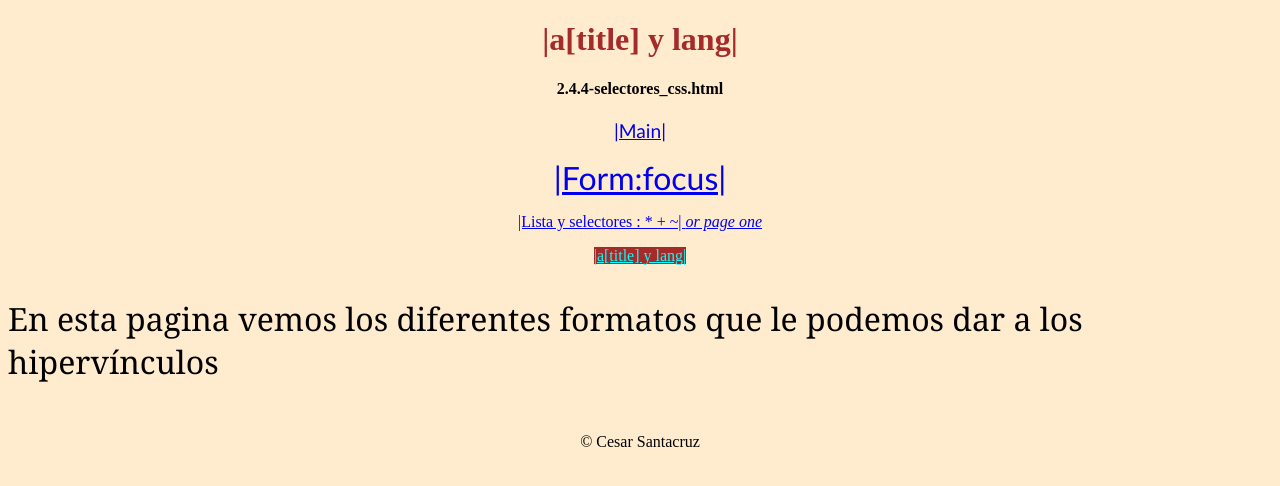
Repository: cesarsant0203/My_Study
Page: Introducción al desarrollo web/2-Css/2.4.4-selectores_css.html
The author's editor kept a copy of each file at every save. The page is drawn from the files as they stood at one save, then again after a run of saves.
The browser window is 1280 px wide. The pictures show the whole page.

Above is the page before, as saved 2020-04-28 19:57:53.

### Introducción al desarrollo web/2-Css/2.4.4-selectores_css.html
<!DOCTYPE html>
<html lang="es">

<head>
    <meta charset="utf-8" />
    <title> Selectores CSS </title>
    <link href="2.4.4-selectores_css.css" rel="stylesheet" />
</head>

<body>

    <h1 id="titulo">|a[title] y lang|</h1>
    <h4>2.4.4-selectores_css.html</h4>
    <section id="mySection" class="box">
        <nav>
            <p>
                <a href="2.4-selectores_css.html" title="Indice">|Main|</a>
            </p>
            <p>
                <a href="2.4.2-selectores_css.html" title="Visitado">|Form:focus|</a>
            </p>
            <p>
                <a href="2.4.3-selectores_css.html" title="Pagina 1">|Lista y selectores : * + ~|
                    <span lang="en"> or page one</span></a>
            </p>
            <p>
                <a href="2.4.4-selectores_css.html" id="top-one">|a[title] y lang|</a>
            </p>
        </nav>
    </section>
    <article>
        <p id="p1">
            En esta pagina vemos los diferentes formatos que le podemos
             dar a los hipervínculos
        </p>
    </article>
    <footer>
        &copy Cesar Santacruz
    </footer>
</body>

</html>

### Introducción al desarrollo web/2-Css/2.4.4-selectores_css.css
/*a[title]{
    font-weight: bold;
}
*/
h1#titulo, h4, section#mySection {
    text-align: center;
}
h1 {
    color: brown;
}
*{
    background-color: blanchedalmond;
}
a[title=Visitado]{
    font-family: 'Gill Sans', 'Gill Sans MT', Calibri, 'Trebuchet MS', sans-serif;
    font-size: xx-large;
}
a[id |=top] {
    background-color: brown;
    color: aqua;
}
a[title~=Indice]{
    font-family: 'Gill Sans', 'Gill Sans MT', Calibri, 'Trebuchet MS', sans-serif;
    font-size: larger;
}
:lang(en){
    font-style: italic;
}
p#p1 {
    font-family: Georgia, 'Times New Roman', Times, serif;
    font-size: 2em;

}
footer {
    position: relative;
    margin-top: 50px;
    text-align: center;
    height: 30px;
}

After the next 2 saves:
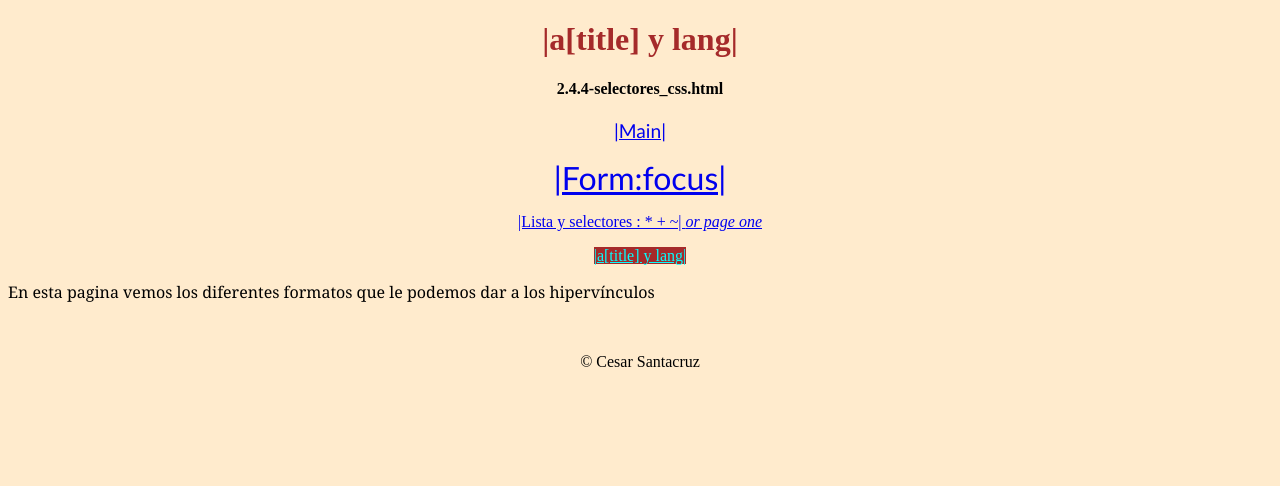
The 2 saves are shown as one change because they came seconds apart.
The last was saved 12 s later.
--- a/Introducción al desarrollo web/2-Css/2.4.4-selectores_css.css
+++ b/Introducción al desarrollo web/2-Css/2.4.4-selectores_css.css
@@ -28,7 +28,7 @@ a[title~=Indice]{
 }
 p#p1 {
     font-family: Georgia, 'Times New Roman', Times, serif;
-    font-size: 2em;
+    font-size: medium;
 
 }
 footer {
